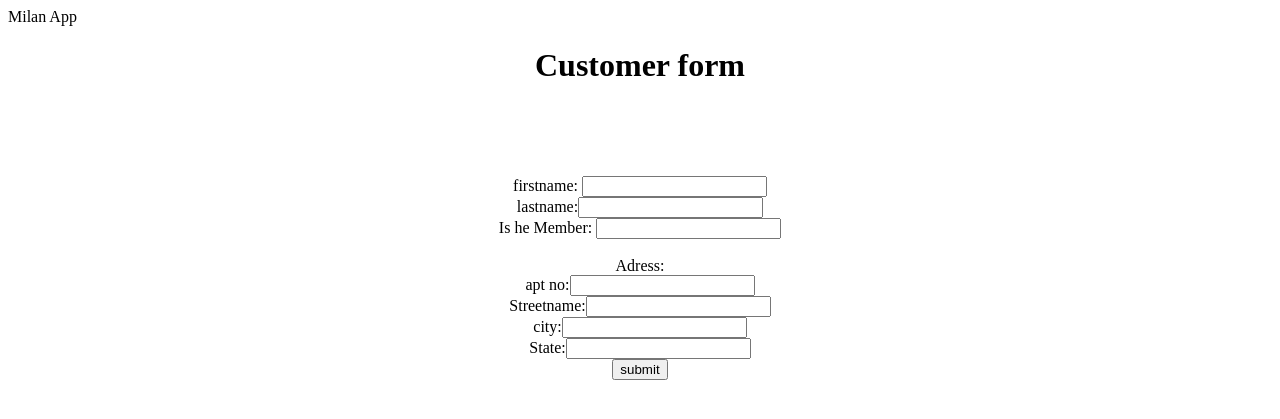
Repository: srinivaskommu/java-training
Page: milan-app/src/main/webapp/index.html
An editor plug-in stored every save of this project. The page is shown before and after the next save, followed by the edit.
The browser window is 1280 px wide. The pictures show the whole page.

Above is the page before, as saved 2015-07-25 04:16:41.

After the next save:
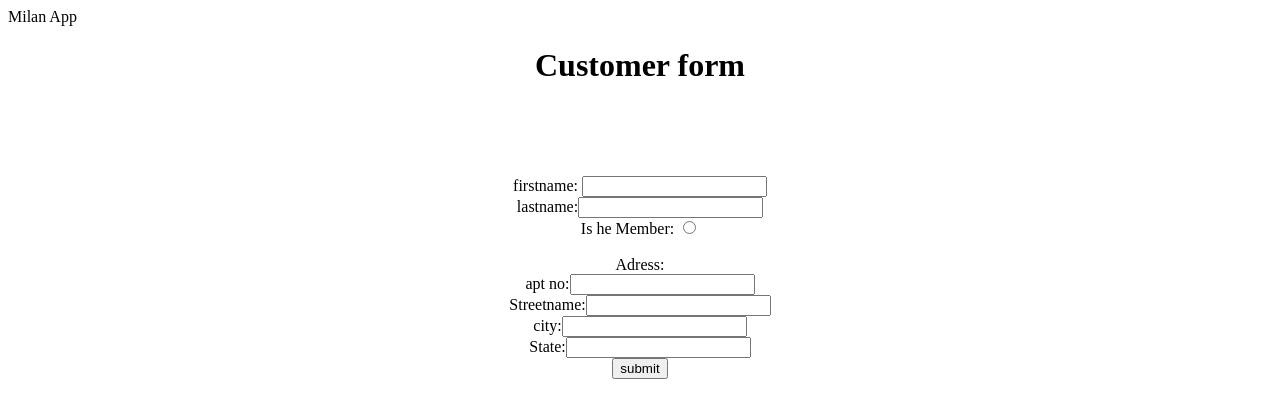
Saved 40 s later.
--- a/milan-app/src/main/webapp/index.html
+++ b/milan-app/src/main/webapp/index.html
@@ -17,7 +17,7 @@ Milan App
 		<p style="text-align: center">
 			firstname: <input type="text" name="firstname" /><br>
 			lastname:<input type="text" name="lastname"><br>
-			Is he Member: <input type="text" name="lastname"><br>
+			Is he Member: <input type="radio" name="isMember"><br>
 
 			<br> Adress:<br> apt no:<input type"text" name="aptno"><br>
 			Streetname:<input type "text" name="Streetname"><br>
